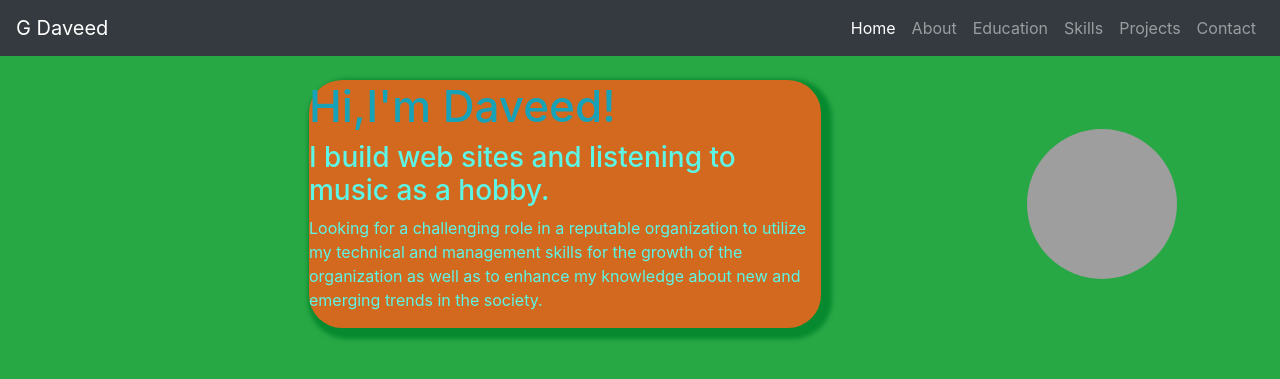
Repository: DaveedGangi/DaveedWebsite
Page: one.html
An editor plug-in stored every save of this project. The page is shown before and after the next save, followed by the edit.
The browser window is 1280 px wide. The pictures show the whole page.
Pictures or frames that could not be fetched are drawn as grey boxes.

Above is the page before, as saved 2023-10-23 12:10:58.

After the next save:
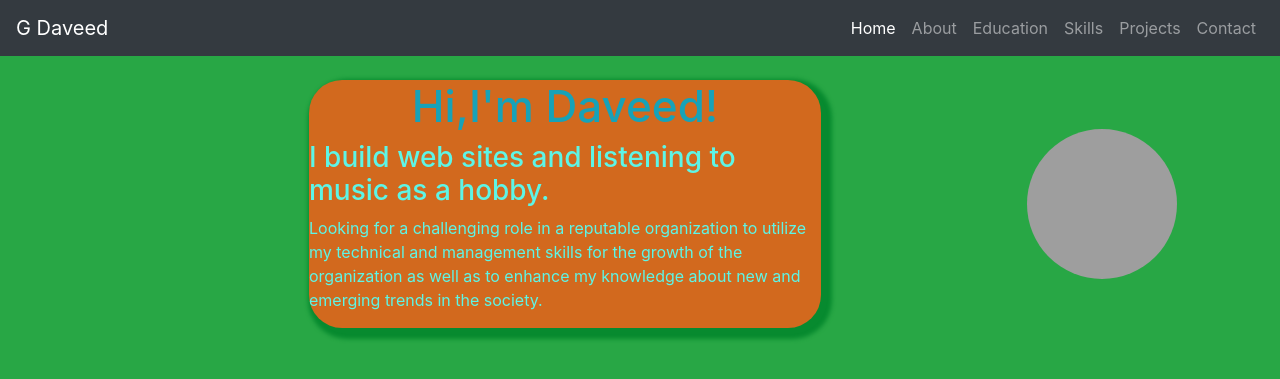
Saved 8 s later.
--- a/two.css
+++ b/two.css
@@ -35,7 +35,7 @@
     display: flex;
     flex-direction: column;
 
-    align-items:left;
+    align-items:center;
     box-shadow:5px 5px 4px 6px rgb(7, 138, 47);
 }
 .hi{
